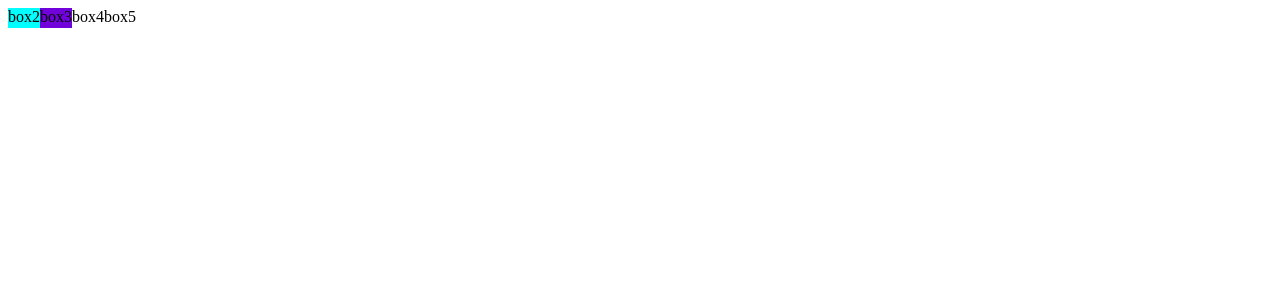
Repository: ABDUSALIMSUBAHIELBASHI/full-html-css-js
Page: Desktop/coding/css/indexday2.html
The author's editor kept a copy of each file at every save. The page is drawn from the files as they stood at one save, then again after the next save.
The browser window is 1280 px wide. The pictures show the whole page.

Above is the page before, as saved 2025-09-16 10:29:09.

### Desktop/coding/css/indexday2.html
<!DOCTYPE html>
<html lang="en">

<head>
    <meta charset="UTF-8">
    <meta name="viewport" content="width=device-width, initial-scale=1.0">
    <link rel="stylesheet" href="indexday2.css">

    <title>Document</title>
</head>

<body>
<div id="" class="contact"#>


    <div id="box2" class="box2">box2</div>
    <div id="box3" class="box3">box3</div>
    <div id="box4" class="box4">box4</div>
    <div id="box5" class="box5">box5</div>

</body>

</html>

### Desktop/coding/css/indexday2.css
.contact{
    display: flex;
    width: 120px;
    height: 20px;
}
#box{
    width: 120px;
    height: 20;
}
.box2{
    background-color: rgb(0, 255, 255);
}
.box3{
    background-color: rgb(114, 2, 219);
}

After the next save:
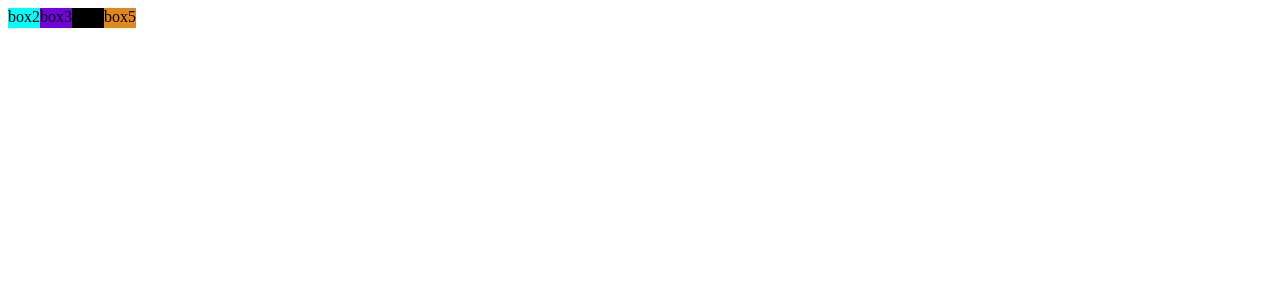
Saved 109 s later.
--- a/Desktop/coding/css/indexday2.css
+++ b/Desktop/coding/css/indexday2.css
@@ -13,3 +13,9 @@
 .box3{
     background-color: rgb(114, 2, 219);
 }
+.box4{
+    background-color: #000000;
+}
+.box5{
+    background-color: rgb(223, 136, 30);
+}
